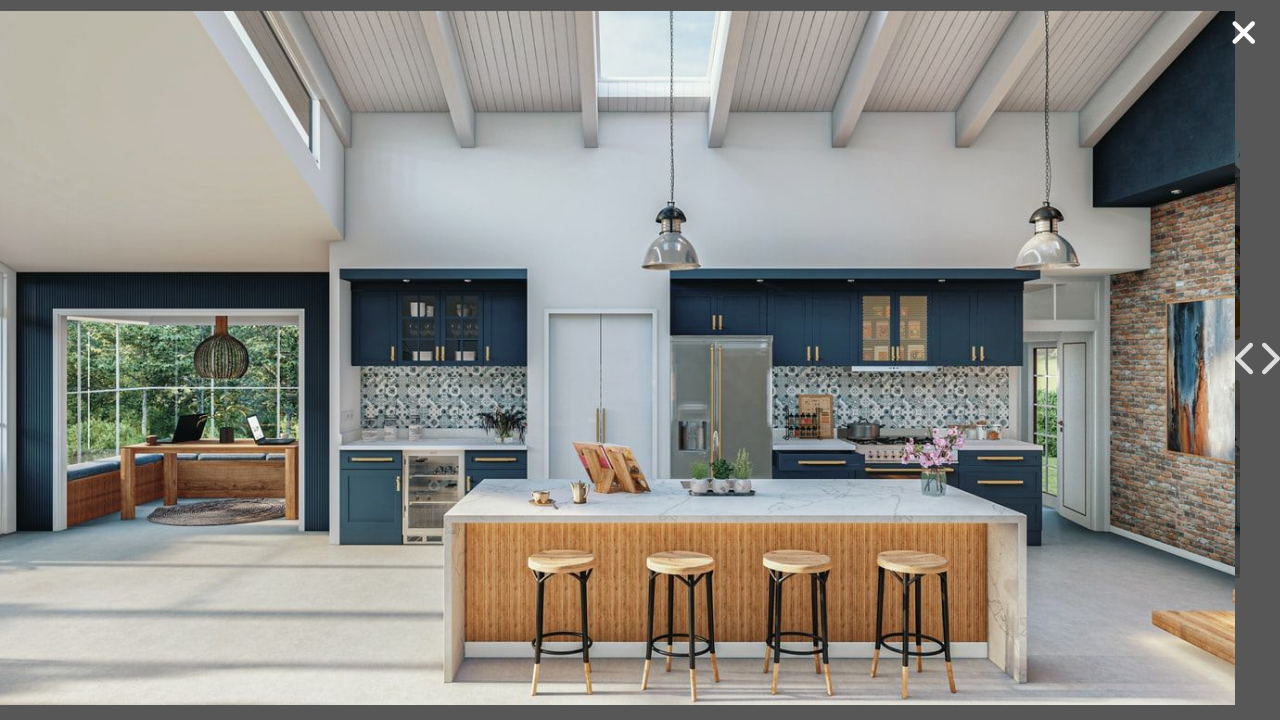
Repository: QUANGTHAI2003/images-gallery
Page: index.html
An editor plug-in stored every save of this project. The page is shown before and after the next save, followed by the edit.
The browser window is 1280 px wide. The pictures show the whole page.

Above is the page before, as saved 2022-03-01 16:15:20.

After the next save:
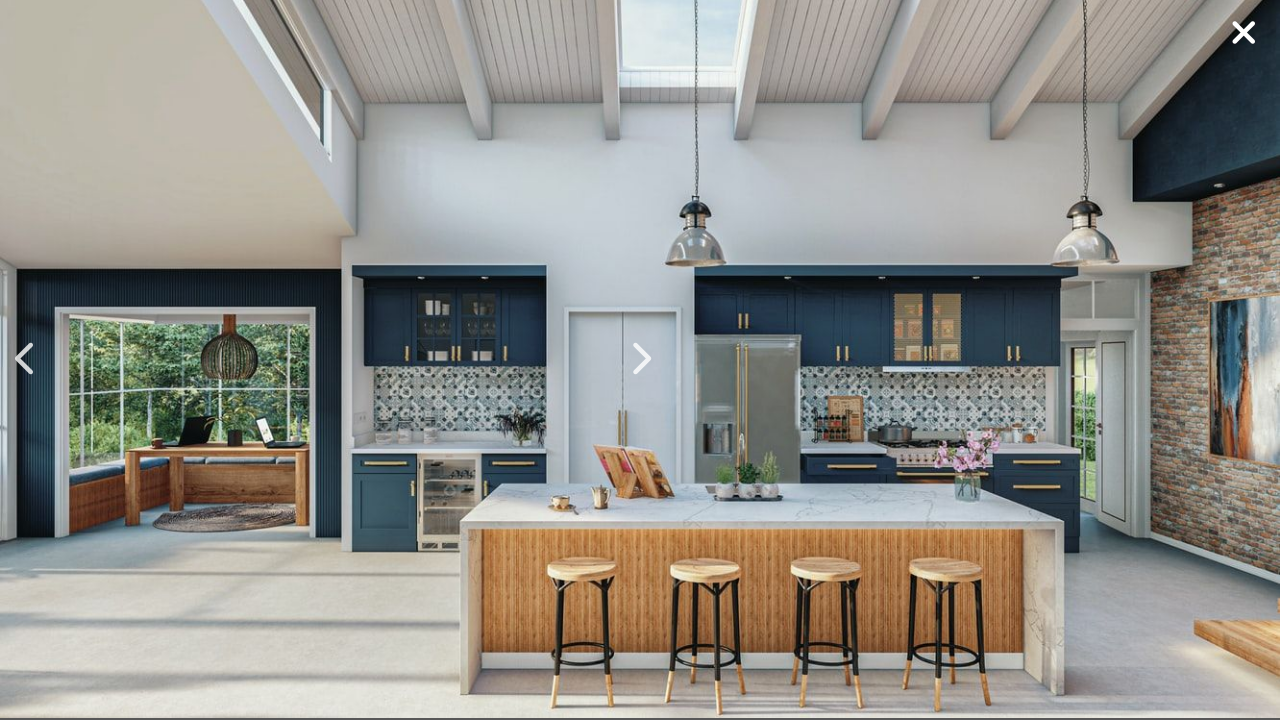
Saved 60 s later.
--- a/style.css
+++ b/style.css
@@ -62,4 +62,13 @@ img {
 .control {
     font-size: 36px;
     color: rgba(255, 255, 255, 0.8);
+    position: absolute;
 }
+
+.control.prev {
+    left: 15px;
+}
+
+.control.next {
+    right: 15px;
+}
